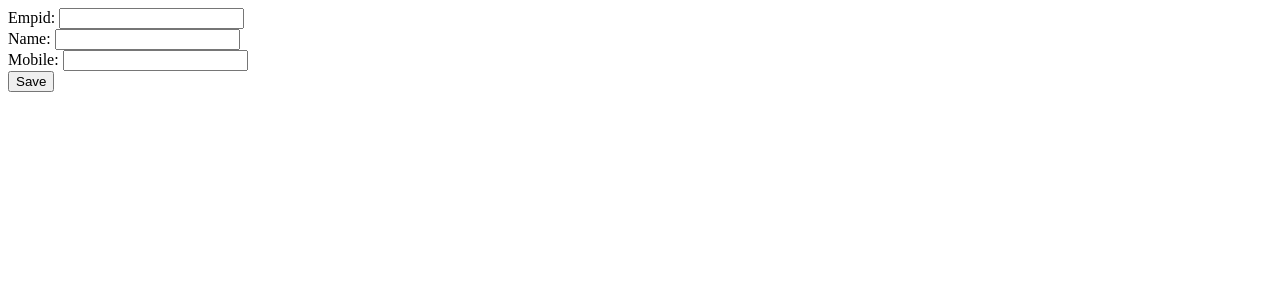
Repository: Suknaina/Repo
Page: MockServlet/src/main/webapp/Home.html
These files come from the project's save history. The page is drawn as it stood at one moment and after the next save; the edit follows.
The browser window is 1280 px wide. The pictures show the whole page.

Above is the page before, as saved 2023-05-23 17:02:06.

After the next save:
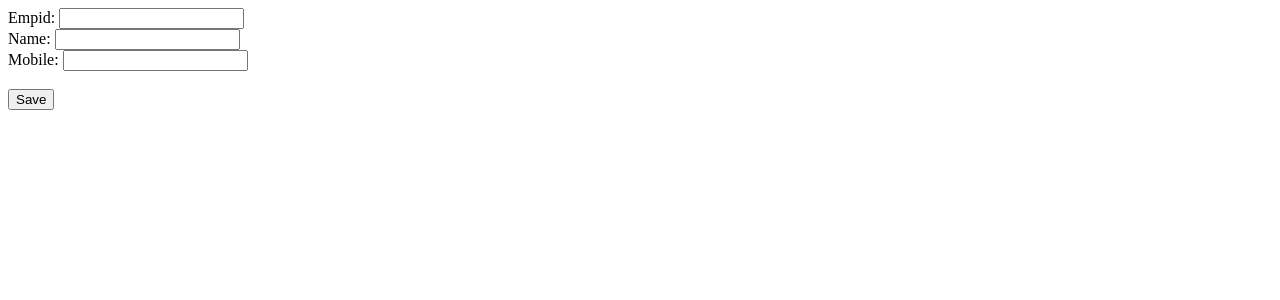
Saved 99 s later.
--- a/MockServlet/src/main/webapp/Home.html
+++ b/MockServlet/src/main/webapp/Home.html
@@ -5,11 +5,13 @@
 <title>Insert title here</title>
 </head>
 <body>
+<table>
 <form action="" method="post">
 Empid: <input type="number" name="empid"><br>
 Name: <input type="text" name="name"><br>
-Mobile: <input type="number" name="mobile"><br>
+Mobile: <input type="number" name="mobile"><br><br>
 <button>Save</button>
+</table>
 </form>
 </body>
 </html>
